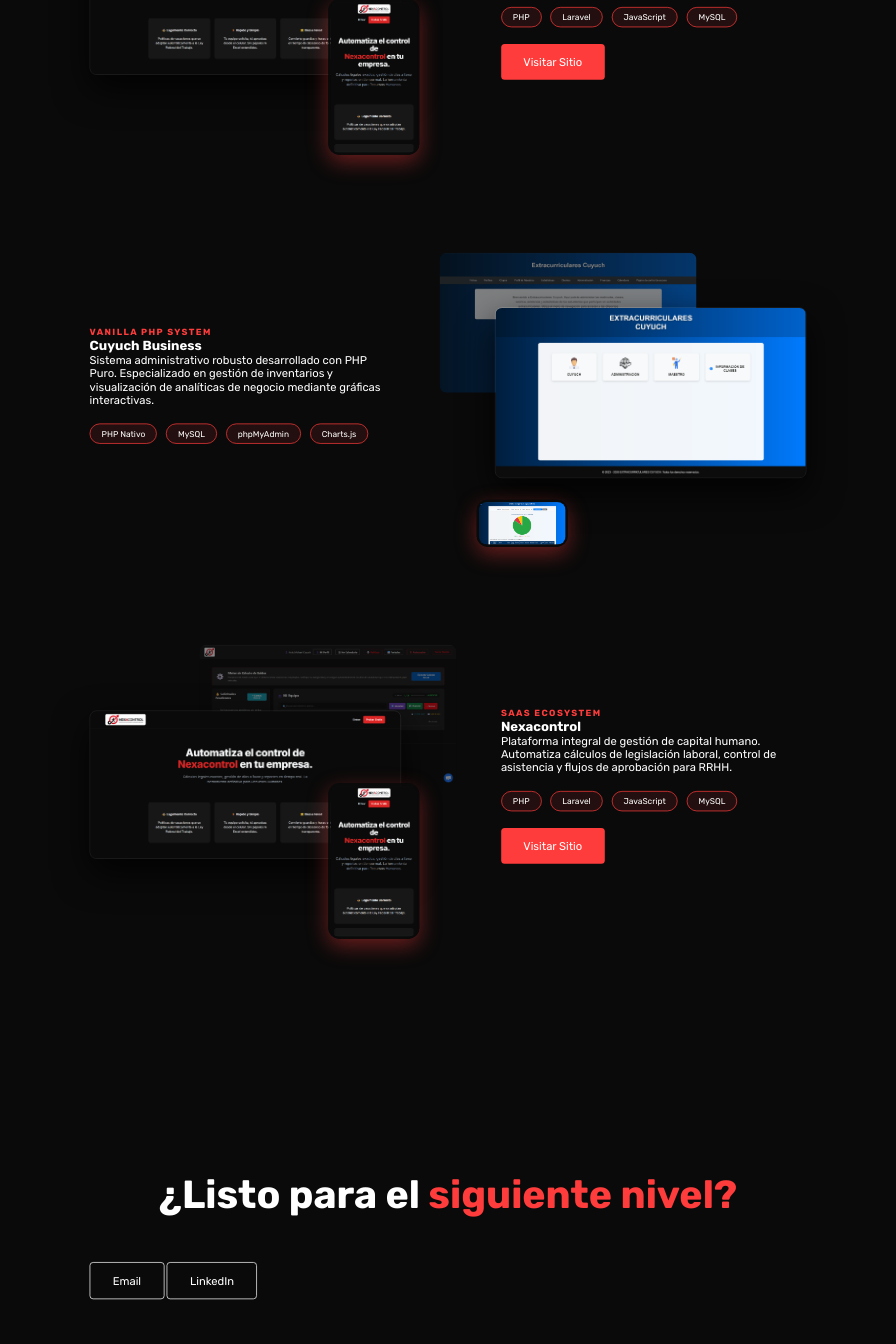
Repository: hercules830/Mi-portfolio-profesional
Page: index.html
The author's editor kept a copy of each file at every save. The page is drawn from the files as they stood at one save, then again after the next save.
The browser window is 1280 px wide. The pictures show the part of the page from y = 1690 to 3610 px (the page is 3610 px tall), at 70% of full size.
Some web fonts or font styles are not loaded; a fallback is used.

Above is the page before, as saved 2026-05-30 19:54:04.

After the next save:
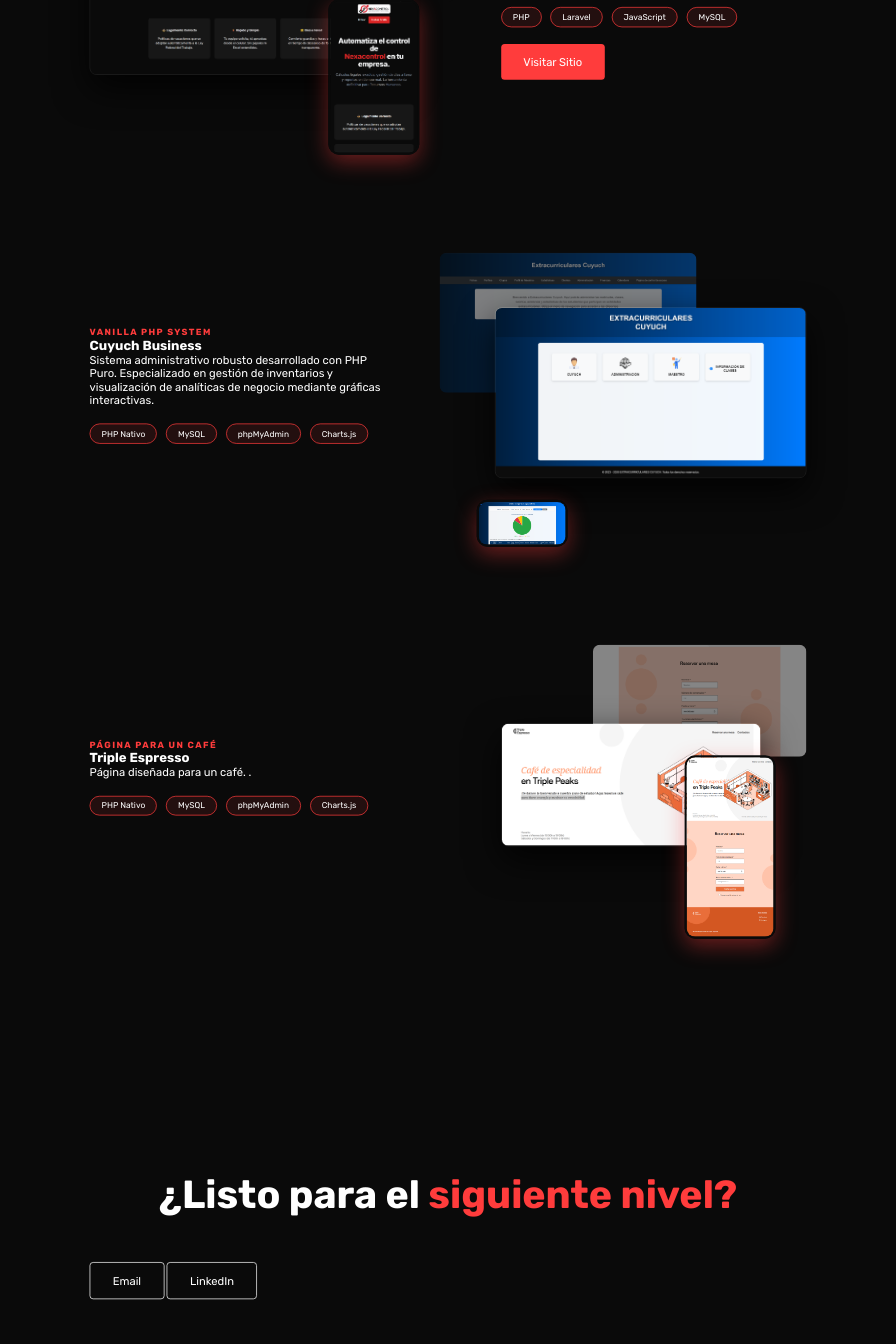
Saved 56 s later.
--- a/index.html
+++ b/index.html
@@ -135,43 +135,31 @@
 
       <!-- PROYECTO 3: Triple Expresso (HTML, CSS) -->
       <div class="featured-project">
+        <div class="featured-info">
+          <span class="tag">Página para un Café</span>
+          <h3>Triple Espresso</h3>
+          <p>Página diseñada para un café. .</p>
+          <div class="tech-stack">
+            <span>PHP Nativo</span><span>MySQL</span><span>phpMyAdmin</span
+            ><span>Charts.js</span>
+          </div>
+        </div>
         <div class="featured-img-container">
           <img
-            src="assets/img/projects/indexNexa.png"
-            alt="Nexacontrol Landing"
+            src="assets/img/projects/headTripleExpresso.png"
+            alt="Cuyuch Home"
             class="img-lead zoomable"
           />
           <img
-            src="assets/img/projects/panelJefeAreaNexa.png"
-            alt="Nexacontrol Panel"
+            src="assets/img/projects/formTripleEspresso.png"
+            alt="Cuyuch Admin"
             class="img-panel zoomable"
           />
           <img
-            src="assets/img/projects/indexNexaPhone.png"
-            alt="Nexacontrol Mobile"
+            src="assets/img/projects/phoneTripleEspresso.png"
+            alt="Cuyuch Stats"
             class="img-phone zoomable"
           />
-        </div>
-        <div class="featured-info">
-          <span class="tag">SaaS Ecosystem</span>
-          <h3>Nexacontrol</h3>
-          <p>
-            Plataforma integral de gestión de capital humano. Automatiza
-            cálculos de legislación laboral, control de asistencia y flujos de
-            aprobación para RRHH.
-          </p>
-          <div class="tech-stack">
-            <span>PHP</span><span>Laravel</span><span>JavaScript</span
-            ><span>MySQL</span>
-          </div>
-          <div class="actions">
-            <a
-              href="https://hercules830.github.io/web_project_coffeeshop_es/"
-              target="_blank"
-              class="btn-primary"
-              >Visitar Sitio</a
-            >
-          </div>
         </div>
       </div>
     </section>
